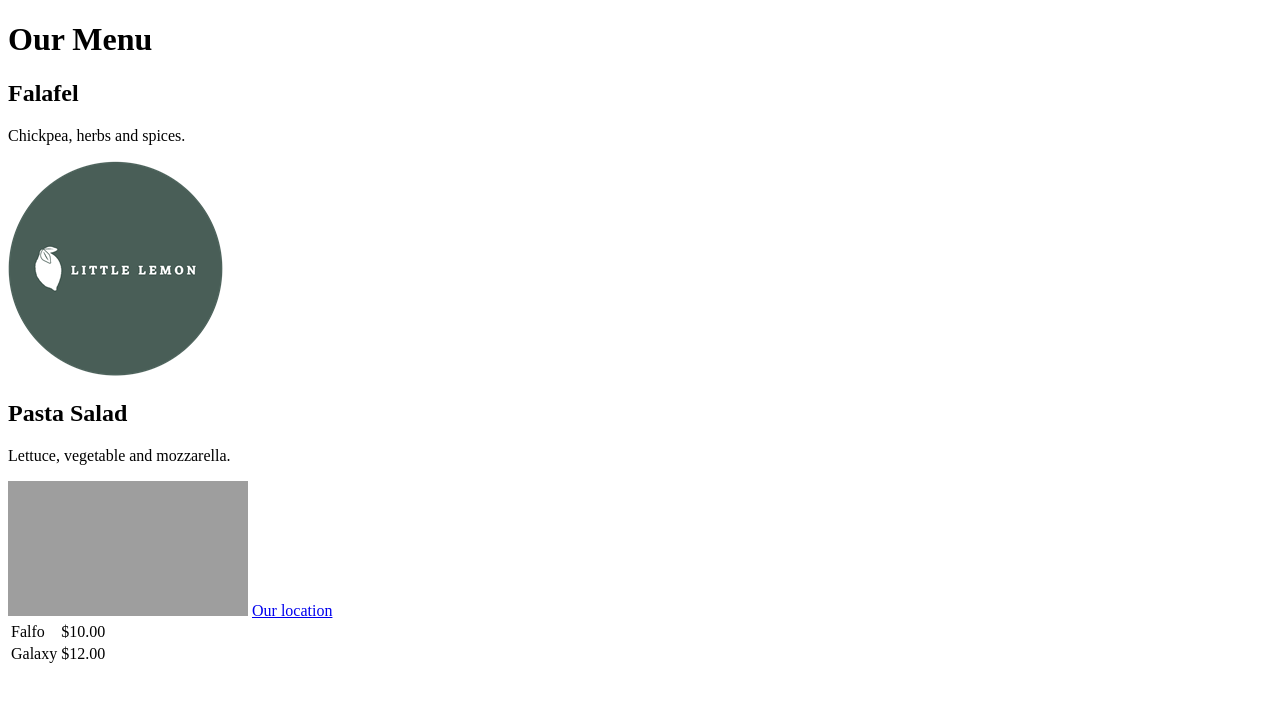
Repository: rajregmi98/metaintroductiontobackend
Page: index.html
The author's editor kept a copy of each file at every save. The page is drawn from the files as they stood at one save, then again after the next save.
The browser window is 1280 px wide. The pictures show the whole page.
Pictures or frames that could not be fetched are drawn as grey boxes.

Above is the page before, as saved 2022-09-19 10:59:56.

### index.html
<!DOCTYPE html>
<!DOCTYPE html>
<html lang="en">
<head>
    <meta charset="UTF-8">
    <meta http-equiv="X-UA-Compatible" content="IE=edge">
    <meta name="viewport" content="width=device-width, initial-scale=1.0">
    <title>Little Lemon</title>
</head>
<body>
    <h1>Our Menu</h1>
    <h2>Falafel</h2>
    <p>Chickpea, herbs and spices.</p>
    <img src="logo.png">
    <h2>Pasta Salad</h2>
    <p> Lettuce, vegetable and mozzarella.</p>
    <img src="main_image_star-forming_region_carina_nircam_final-5mb.jpg" width ="240" height="135" alt="Galaxy">

    <a href="location.html"> Our location</a>
    <table>
        <tr>
            <td> Falfo</td>
            <td> $10.00</td>

        </tr>
        <tr>
            <td> Galaxy</td>
            <td> $12.00</td>
        </tr>
    </table>
</body>
</html>

After the next save:
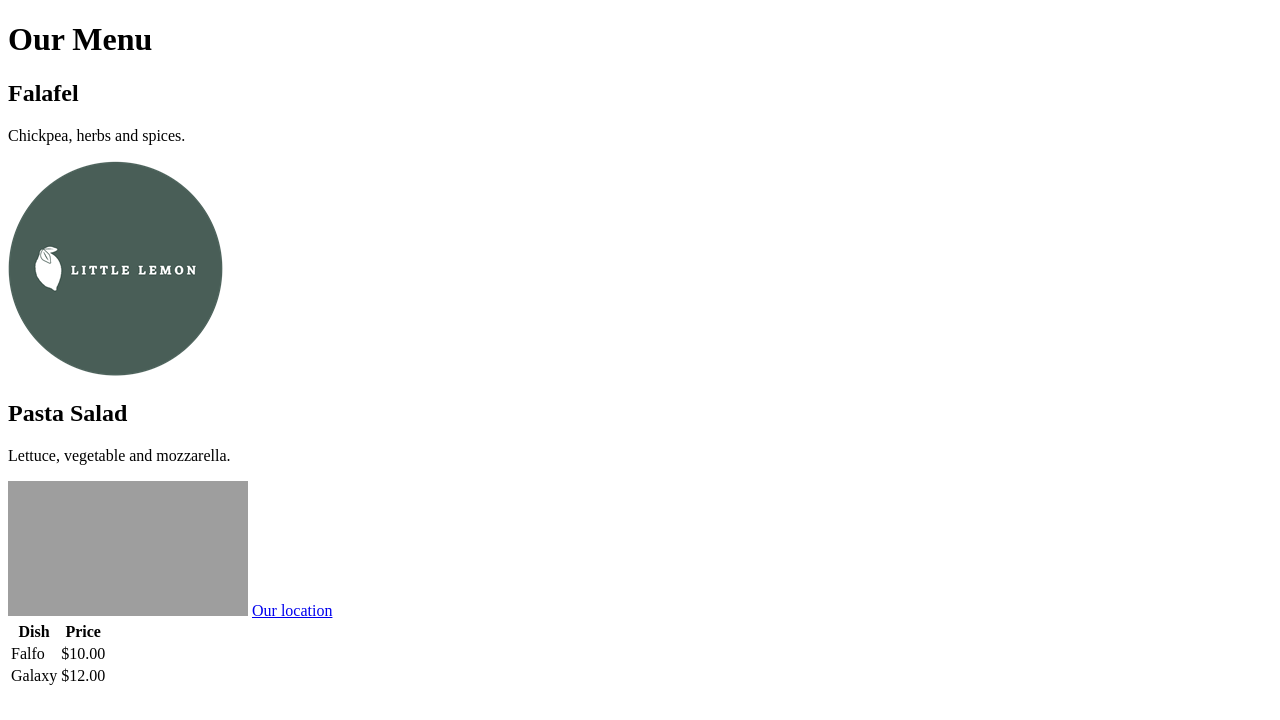
Saved 88 s later.
--- a/index.html
+++ b/index.html
@@ -19,6 +19,10 @@
     <a href="location.html"> Our location</a>
     <table>
         <tr>
+            <th>Dish</th>
+            <th>Price</th>
+        </tr>
+        <tr>
             <td> Falfo</td>
             <td> $10.00</td>
 
